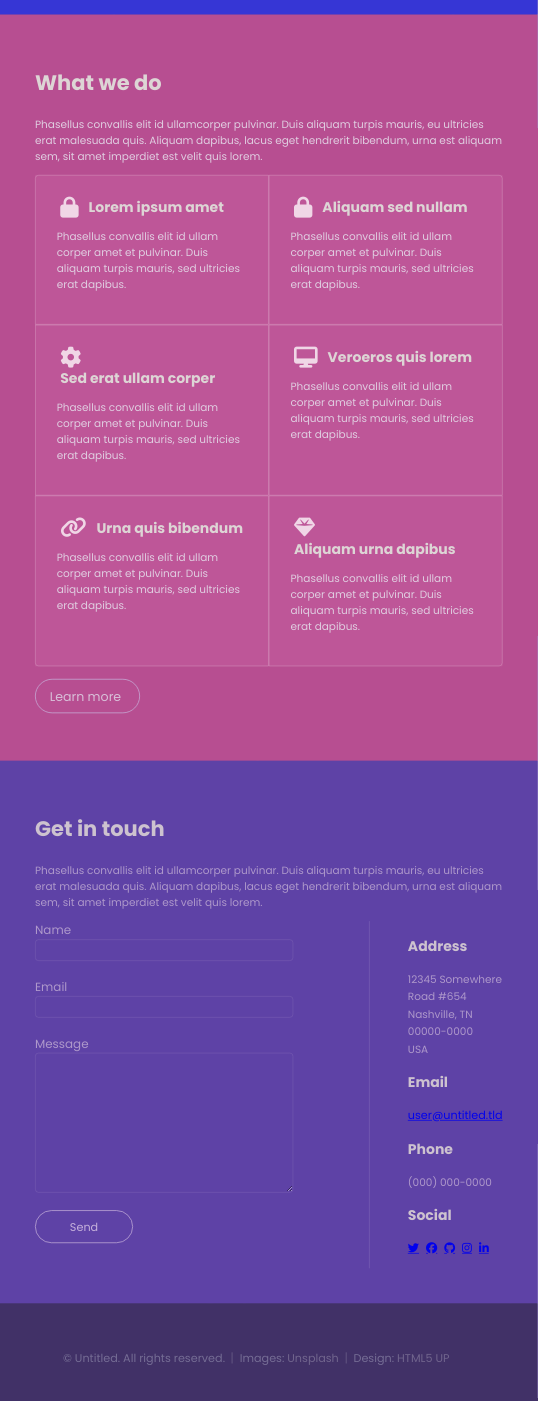
Repository: zai31/KIMIT_Tasks
Page: JsSession8/index.html
An editor plug-in stored every save of this project. The page is shown before and after the next save, followed by the edit.
The browser window is 768 px wide. The pictures show the part of the page from y = 3447 to 5687 px (the page is 5449 px tall before and 5755 px after), at 70% of full size.
Backgrounds fixed to the window are drawn as part of the page.

Above is the page before, as saved 2025-09-16 18:12:39.

After the next save:
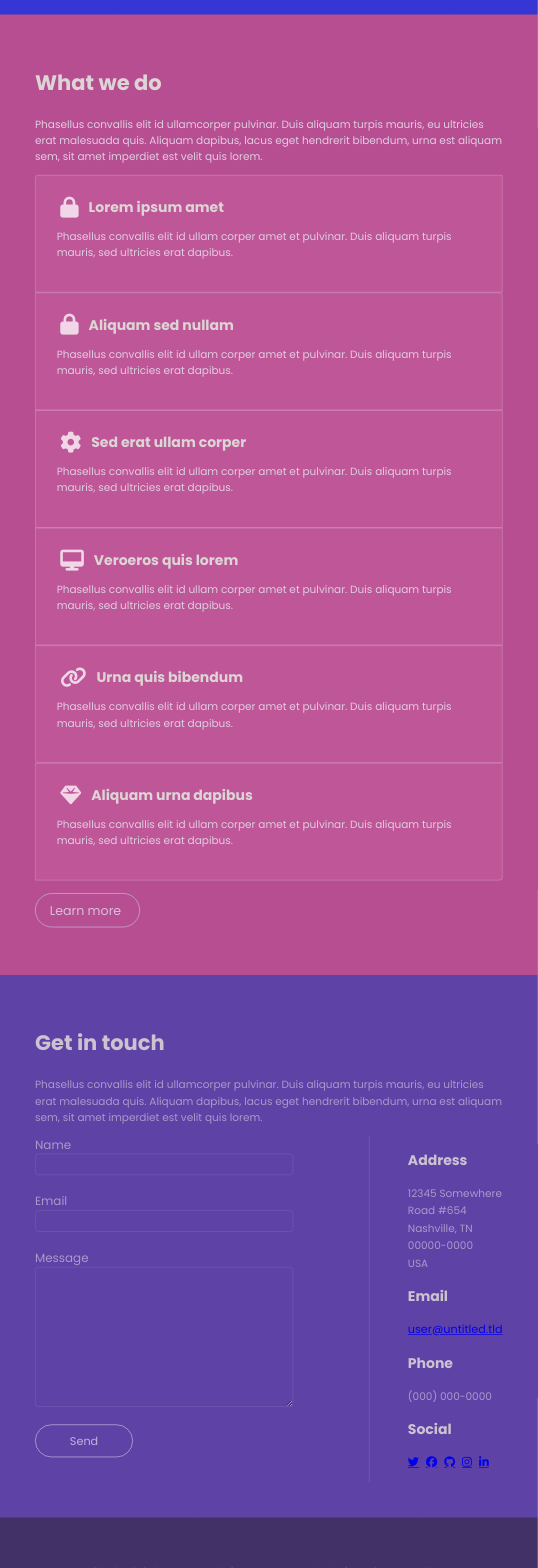
Saved 18 s later.
--- a/JsSession8/CSS/style.css
+++ b/JsSession8/CSS/style.css
@@ -311,7 +311,7 @@ body {
 }
  @media screen and (min-width: 425px) and (max-width: 768px) and (orientation: portrait) {
 
-    .what .features section {
+.flex-section .section .content .what .features section {
  flex: 1 1 100%;     /* grow/shrink, ~half width with gap */
 
 }
